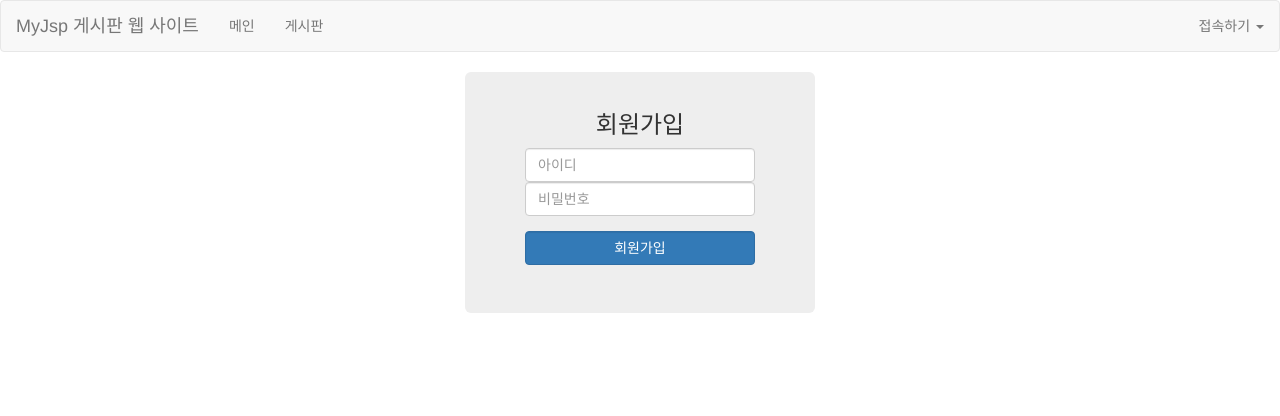
Repository: Ji3un/JspBoard
Page: http://localhost/BBS/join.jsp
The author's editor kept a copy of each file at every save. The page is drawn from the files as they stood at one save, then again after the next save.
The browser window is 1280 px wide. The pictures show the whole page.
Some web libraries are served in a nearby version. The page is served by Tomcat 9. Other server files are loaded and not shown.

Above is the page before, as saved 2017-10-03 11:39:43.

### BBS/WebContent/join.jsp
<%@ page language="java" contentType="text/html; charset=UTF-8"
    pageEncoding="UTF-8"%>
<!DOCTYPE html>
<html>
<head>
<meta name="viewport" content="width=device-width", initial-scale="1">
<meta http-equiv="Content-Type" content="text/html; charset=UTF-8">
<link rel="stylesheet" href="css/bootstrap.css">
<title>Welcome</title>
</head>
<body>
	<nav class="navbar navbar-default">
		<div class="navbar-header">
			<button type="button" class="navbar-toggle collapsed"
			 data-toggle="collapse" data-target="#bs-example-navbar-collapse-1"
			 aria-expanded="false">
				<span class="icon-bar"></span>
				<span class="icon-bar"></span>
				<span class="icon-bar"></span>
			</button>
			<a class="navbar-brand" href="main.jsp">MyJsp 게시판 웹 사이트</a>
		</div>
		<div class="collapse navbar-collapse" id="#bs-example-navbar-collapse-1">
			<ul class="nav navbar-nav">
				<li><a href="main.jsp">메인</a></li>
				<li><a href="bbs.jsp">게시판</a></li>
			</ul>
			<ul class="nav navbar-nav navbar-right">
				<li class="dropdown">
					<a class="dropdown-toggle" data-toggle="dropdown"
					role="button" href="#" aria-haspopup="true" aria-expanded="false">
					접속하기 <span class="caret"></span>
					</a>
					<ul class="dropdown-menu">
						<li class="active"><a href="login.jsp">로그인</a></li>
						<li><a href="join.jsp">회원가입</a></li>
					</ul>
				</li>
			</ul>
		</div>
	</nav>
	<div class="container">
		<div class="col-lg-4"></div>
		<div class="col-lg-4">
			<div class="jumbotron" style="padding-top:20px;">
				<form method="post" action="loginAction.jsp">
					<h3 style="text-align:center;">회원가입</h3>
					<div class="form-group">
						<input type="text" class="form-control" placeholder="아이디" name="userID" maxlength="20">
						<input type="password" class="form-control" placeholder="비밀번호" name="userPassword">
					</div>
					<input type="submit" class="btn btn-primary form-control" value="회원가입">
				</form>
			</div>
		</div>
		<div class="col-lg-4"></div>
	</div>
	<script src="https://code.jquery.com/jquery-3.2.1.min.js"></script>
	<script src="js/bootstrap.js"></script>
</body>
</html>

Loaded but not shown: BBS/WebContent/css/bootstrap.css (library); BBS/WebContent/js/bootstrap.js (library)

After the next save:
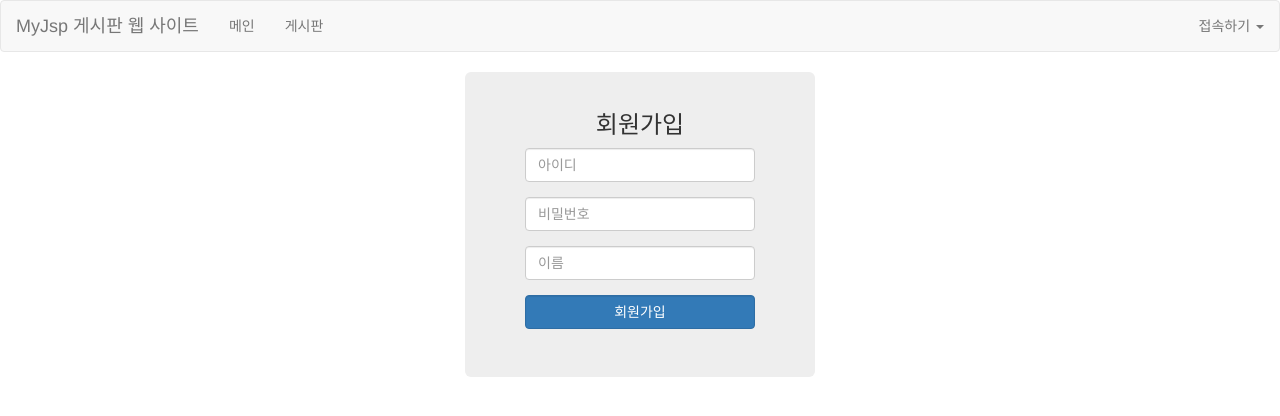
Saved 3 min 39 s later.
--- a/BBS/WebContent/join.jsp
+++ b/BBS/WebContent/join.jsp
@@ -1,9 +1,9 @@
 <%@ page language="java" contentType="text/html; charset=UTF-8"
-    pageEncoding="UTF-8"%>
+	pageEncoding="UTF-8"%>
 <!DOCTYPE html>
 <html>
 <head>
-<meta name="viewport" content="width=device-width", initial-scale="1">
+<meta name="viewport" content="width=device-width" , initial-scale="1">
 <meta http-equiv="Content-Type" content="text/html; charset=UTF-8">
 <link rel="stylesheet" href="css/bootstrap.css">
 <title>Welcome</title>
@@ -12,44 +12,55 @@
 	<nav class="navbar navbar-default">
 		<div class="navbar-header">
 			<button type="button" class="navbar-toggle collapsed"
-			 data-toggle="collapse" data-target="#bs-example-navbar-collapse-1"
-			 aria-expanded="false">
-				<span class="icon-bar"></span>
-				<span class="icon-bar"></span>
-				<span class="icon-bar"></span>
+				data-toggle="collapse" data-target="#bs-example-navbar-collapse-1"
+				aria-expanded="false">
+				<span class="icon-bar"></span> <span class="icon-bar"></span> <span
+					class="icon-bar"></span>
 			</button>
 			<a class="navbar-brand" href="main.jsp">MyJsp 게시판 웹 사이트</a>
 		</div>
-		<div class="collapse navbar-collapse" id="#bs-example-navbar-collapse-1">
+		<div class="collapse navbar-collapse"
+			id="#bs-example-navbar-collapse-1">
 			<ul class="nav navbar-nav">
 				<li><a href="main.jsp">메인</a></li>
 				<li><a href="bbs.jsp">게시판</a></li>
 			</ul>
 			<ul class="nav navbar-nav navbar-right">
-				<li class="dropdown">
-					<a class="dropdown-toggle" data-toggle="dropdown"
-					role="button" href="#" aria-haspopup="true" aria-expanded="false">
-					접속하기 <span class="caret"></span>
-					</a>
+				<li class="dropdown"><a class="dropdown-toggle"
+					data-toggle="dropdown" role="button" href="#" aria-haspopup="true"
+					aria-expanded="false"> 접속하기 <span class="caret"></span>
+				</a>
 					<ul class="dropdown-menu">
 						<li class="active"><a href="login.jsp">로그인</a></li>
 						<li><a href="join.jsp">회원가입</a></li>
-					</ul>
-				</li>
+					</ul></li>
 			</ul>
 		</div>
 	</nav>
 	<div class="container">
 		<div class="col-lg-4"></div>
 		<div class="col-lg-4">
-			<div class="jumbotron" style="padding-top:20px;">
+			<div class="jumbotron" style="padding-top: 20px;">
 				<form method="post" action="loginAction.jsp">
-					<h3 style="text-align:center;">회원가입</h3>
+					<h3 style="text-align: center;">회원가입</h3>
 					<div class="form-group">
-						<input type="text" class="form-control" placeholder="아이디" name="userID" maxlength="20">
-						<input type="password" class="form-control" placeholder="비밀번호" name="userPassword">
+						<input type="text" class="form-control" placeholder="아이디"
+							name="userID" maxlength="20">
 					</div>
-					<input type="submit" class="btn btn-primary form-control" value="회원가입">
+					<div class="form-group">
+						<input type="password" class="form-control" placeholder="비밀번호"
+							name="userPassword">
+					</div>
+					<div class="form-group">
+						<input type="text" class="form-control" placeholder="이름"
+							name="userName" maxlength="20">
+					</div>
+					<div class="form-group" style="text-algin:center;">
+
+					</div>
+
+					<input type="submit" class="btn btn-primary form-control"
+						value="회원가입">
 				</form>
 			</div>
 		</div>
